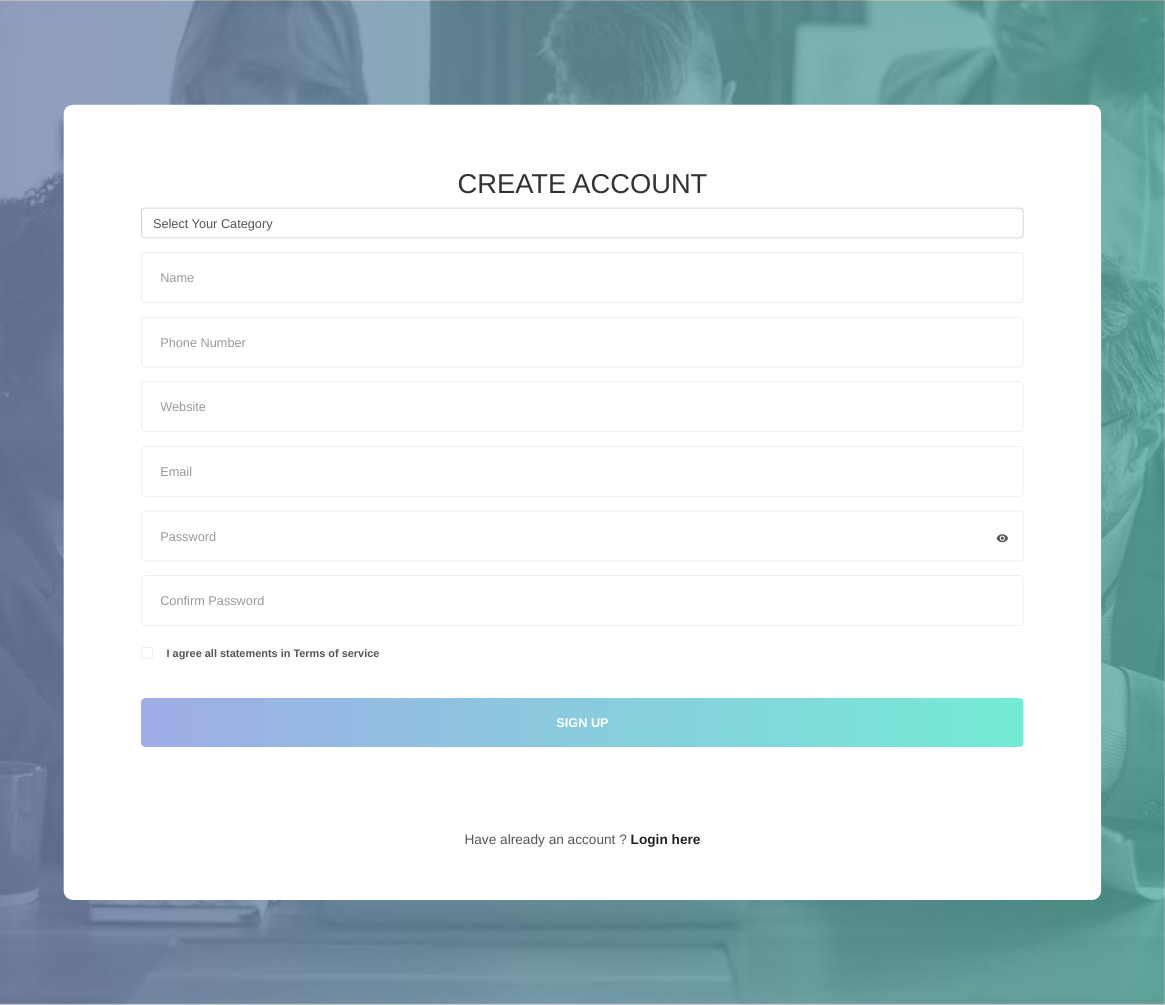
Repository: zainbt/Career_Bridge
Page: static/register/register.html
These files come from the project's save history. The page is drawn as it stood at one moment and after the next save; the edit follows.
The browser window is 1280 px wide. The pictures show the whole page, at 91% of full size.

Above is the page before, as saved 2019-11-18 18:10:45.

After the next save:
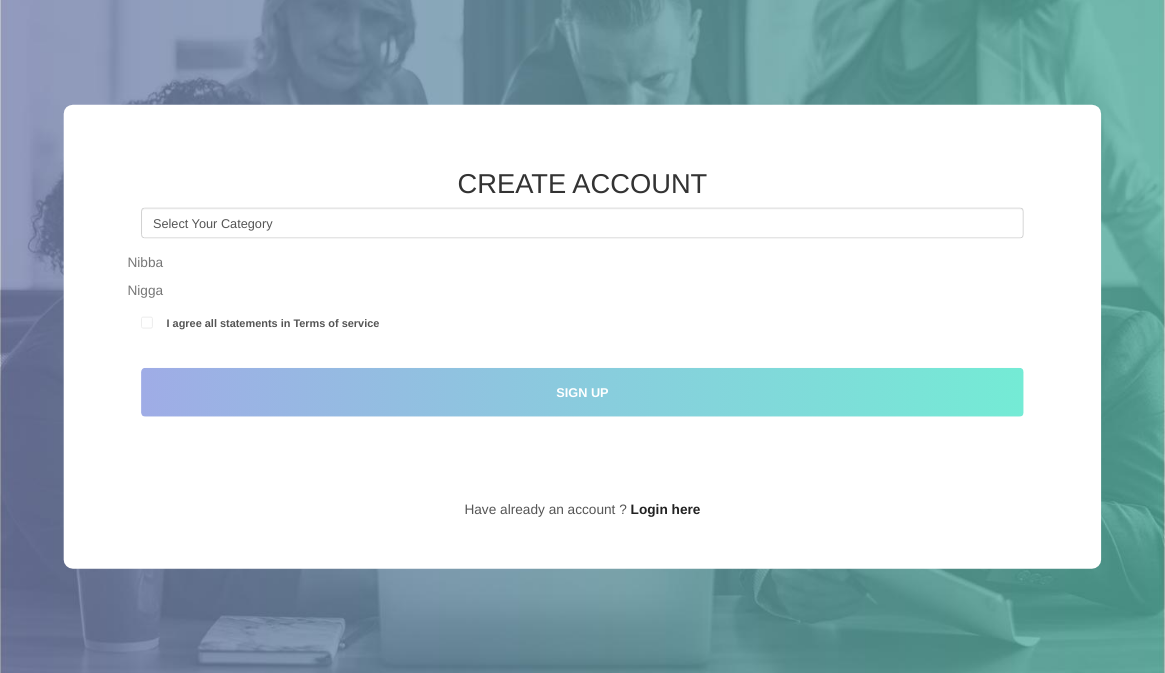
Saved 4 min 11 s later.
--- a/static/register/register.html
+++ b/static/register/register.html
@@ -33,8 +33,29 @@
                                 <option>University</option>
                             </select>
                         </div>
+                        <div class="row">
+                            <div class="col">
+                                <p>Nibba</p>
+                            </div>
 
+                            <div class="col">
+                                <p>Nigga</p>
+                            </div>
+                        </div>
                         <div class="form-group">
+                            <input type="checkbox" name="agree-term" id="agree-term" class="agree-term" />
+                            <label for="agree-term" class="label-agree-term"><span><span></span></span>I agree all statements in  <a href="#" class="term-service">Terms of service</a></label>
+                        </div>
+                        <div class="form-group">
+                            <input type="submit" name="submit" id="submit" class="form-submit" value="Sign up" />
+                        </div>
+                    </form>
+                    <p class="loginhere">
+                        Have already an account ? <a href="signUp.html" class="loginhere-link">Login here</a>
+                    </p>
+
+                    <!--
+                    <div class="form-group">
                             <input type="text" class="form-input" name="name" id="name" placeholder="Name" />
                         </div>
                         <div class="form-group">
@@ -53,17 +74,9 @@
                         <div class="form-group">
                             <input type="password" class="form-input" name="re_password" id="re_password" placeholder="Confirm Password" />
                         </div>
-                        <div class="form-group">
-                            <input type="checkbox" name="agree-term" id="agree-term" class="agree-term" />
-                            <label for="agree-term" class="label-agree-term"><span><span></span></span>I agree all statements in  <a href="#" class="term-service">Terms of service</a></label>
-                        </div>
-                        <div class="form-group">
-                            <input type="submit" name="submit" id="submit" class="form-submit" value="Sign up" />
-                        </div>
-                    </form>
-                    <p class="loginhere">
-                        Have already an account ? <a href="signUp.html" class="loginhere-link">Login here</a>
-                    </p>
+                    -->
+
+
                 </div>
             </div>
         </section>
